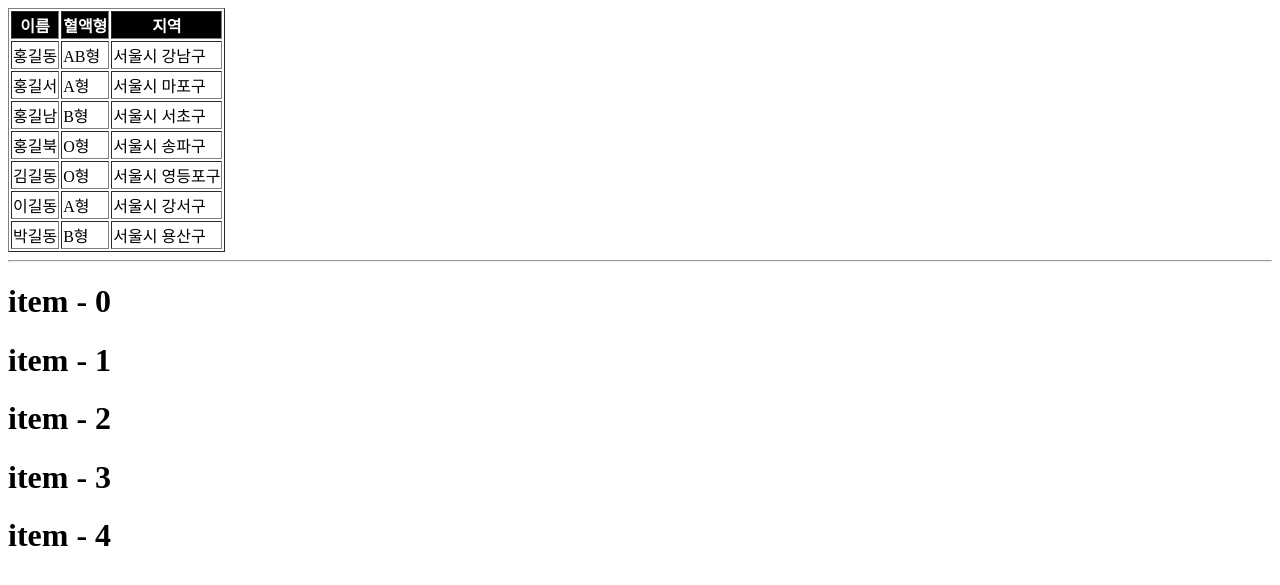
Repository: chlguswns1/web-practice
Page: jQuery/src/main/webapp/01_jQueryBasic.html
The author's editor kept a copy of each file at every save. The page is drawn from the files as they stood at one save, then again after a run of saves.
The browser window is 1280 px wide. The pictures show the whole page.

Above is the page before, as saved 2023-03-09 02:01:51.

### jQuery/src/main/webapp/01_jQueryBasic.html
<!-- jQuery 기본
	1. jQuery 개요
		- 모든 브라우저에서 동작하는 클라이언트 자바스크립트 라이브러리.
		- 다음의 기능을 위해 제작
			. DOM과 관련된 처리를 쉽게 구현
			. 일관된 이벤트 연결을 쉽게 구현
			. 시각적 효과를 쉽게 구현
			. ajax 애플리케이션을 쉽게 구현

		- http://jquery.com
		- jQuery 사용 방법
			1) 직접 다운받아 사용하는 방법.
			2) CDN 호스트 사용하는 방법.
				 . Content Delivery Network
				 . 사용자에게 간편하게 콘텐츠를 제공하는 방식을 의미.
				 . 구글, 마이크로소프트, jQuery측에서 사용자가 jQuery를 사용하기 편하게 콘텐츠를 제공.
-->

<!DOCTYPE html>
<html>
<head>
<meta charset="UTF-8">
<title>jQuery 태그 구조</title>

<!-- 9. jQuery를 사용한 배열 관리(2)를 위한 예제 -->
<style type="text/css">
	.high-light { background:yellow; }
	.high-light-0 { background:yellow; }
	.high-light-1 { background:orange; }
	.high-light-2 { background:blue; }
	.high-light-3 { background:green; }
	.high-light-4 { background:red; }
</style>

<!-- 방법1. 직접 다운로드 -->
<script src="./js/jquery-3.6.3.min.js"></script><!-- 이렇게 하는순간 이코드에 포함된거다 -->

<!-- 방법2.CDN 방식 -->
<script src="https://ajax.googleapis.com/ajax/libs/jquery/1.12.4/jquery.min.js"></script>

<script type="text/javascript">
/* 1. 라이브러리 포함 방법 : 2가지 방식 */
//- 방법1 방법2 참조

/* 2. jQuery를 사용한 웹 페이지 형식
//	-jQuery() //jQuery함수를 호출했을때 객체를 반환해준다
//	-$(document).ready(function(){});<-이거//바디영역을 전부읽어 갔을때 jQuery가 감시하고있다 읽어간순간
							      //입력으로 전달하는 함수를 실행함
//		.문서가 준비 완료되면매개변수로전달된 함수를 실행하라는 의미.
//		.$(function(){});//간단한 형식 정의 위와 같은 코드지만 융통성있는 코드로 짧게줄일수있다
	$(document).ready(function(){//onload와(차이점) 다르게 여러개 사용할 수 있다
		alert('First Ready');
	});

	$(document).ready(function(){
		alert('Second Ready');
	});

	$(document).ready(function(){
		alert('Thirth Ready');
	});
*/
/* 3. jQuery 기본 선택자
// - jQuery 메서드의 가장 기본적인 형태
//   . 문서 객체를 다룰 때 사용하는 형태
//   . jQuery에서 가장 많이 사용하는 형태

$(document).ready(function(){
// 1) 전체 선택자(*)
	//$('*').css('color','red');//전체선택자



// 2) 태그 선택자

	//한 개 태그 선택

	//h1을 선택.css()메소드정의
	//$('h1').css('color','orange');

	//두 개 이상의 태그 선택
	//$('h1, p').css('color','blue');

// 3) 아이디 선택자
	//$('#target').css('color','blue')

// 4) 클래스 선택자
	//$('.item').css('color','yellow');
	$('h1.item').css('color','yellow');//가독성있는 접근법 h1에있는 아이템들

	$('.item.select').css('color','green');//주의) 접근해 갈때는 빈스페이스가 생기지 않도록 주의.

});
*/

/* 4. jQuery 자식(손)선택자와 후손 선택자
	//$(document).ready(function(){}); ↓밑에처럼 줄일수 있다
	$(function(){

	// - 자식(손) 선택자 - 자식은 div가 사실상 지정된것이다
	$('body > *').css('color','red')//자식에있는 모든것을 선택하겠다

// - 후손 선택자 - 후손은 div를 포함안 안에있는 모든것들이 태그된것이다
	$('body *').css('color','blue')//후손선택자의 경우는 스페이스

	});
*/

/* 5. jQuery 속성 선택자
//- 기본 선택자 뒤에 붙여 사용.
//- 입력 양식과 관련된 태그를 선택할 때 많이 사용.

	$(function () {
		$('input[type = text]').val('hello jQuery');//처음화면이 보여질때 val()안에 텍스트가 보여짐
	})
  */

/* 6. jQuery 필터 선택자
// 1) 입력 양식 필터 선택자
// .input:button
// .input:checkbox
// .input:radio
// .input:file
// .input:image
// .input:password
// .input:text
// .input:submit
// .input:reset

// .요소:checked
// .요소:disabled
// .요소:enabled
// .요소:focus
// .요소:selected

	$(function () {
		setTimeout(function(){//항목을 선택하면 5초뒤에 선택되어진 항목을 alert창으로 출력
			var value = $('select > option:selected').val();
		alert(value);
		},5000);//한번만 이벤트함수 발생
	})
*/

// 2) 위치 필터 선택자
//   . 선택자를 사용해 문서 객체를 선택한 후에 다음과 같은 위치를 지정한다.
//    >> 요소:odd -> 홀수 번째에 위치한 문서 객체 선택.
//    >> 요소:even -> 짝수 번째에 위치한 문서 객체 선택.
//    >> 요소:first -> 첫번째에 위치한 문서 객체 선택.
//    >> 요소:last -> 마지막에 위치한 문서 객체 선택.

	/* $(function () {
		$('tr:odd').css('background','silver'); //0 부터 카운팅
		$('tr:even').css('background','#9F9F9F');
		$('tr:first').css('background','blue').css('color','#FFFFFF');
	}) */

// 3) 함수 필터 선택자
//   >> 요소:contains(문자열)
//       ->특정 문자열을 포함하는 문서 객체를 선택.
//   >> 요소:eq(n)
//       ->n번째에 위치하는 문서 객체를 선택.
//   >> 요소:gt(n)
//       ->n번째 초과하는 위치에 있는 문서 객체를 선택.
//   >> 요소:has(h1)
//       ->h1 태그를 가지고 있는 문서 객체를 선택.
//   >> 요소:lt(n)
//       ->n번째 미만에 위치하는 문서 객체를 선택.
//   >> 요소:not(선택자)
//       ->선택자와 일치하지 않는 문서 객체를 선택.
//   >> 요소:nth-child(3n+1)
//       -> 3n+1번째에 위치하는 문서 객체를 선택(인덱스 1부터 카운팅).

	$(function () {
		$('tr:eq(0)').css('background','black').css('color','white');
	})



/* 7. jQuery를 사용한 배열 관리(1) */
// - each() 메서드 사용
//    . 매개 변수로 입력한 함수 사용.
//    . for in 반복문처럼 객체나 배열의 요소 검사하는 메서드

// - each() 메서드의 형태


/* 8. jQuery를 사용한 배열 관리(2) */
// - 각 객체에 서로 다른 class 속성을 설정하고 싶을 때 each() 메서드 사용.


/* 9. jQuery를 사용한 객체 확장 */


/* 10. jQuery 라이브러리 충돌 방지 */
// - jQuery외 prototype 자바스크립트 라이브러리도 동일하게 $를
//    식별자로 사용.
// - 따라서 두 라이브러리를 함께 사용시 충돌 발생.


</script>
</head>
<body>
<!-- 3-1/3-2. 전체/태그 선택자
	<h1>Lorem ipsum</h1>
	<p>Lorem ipsum dolor sit amet.</p>
	<h1>Lorem ipsum</h1>
	<p>Lorem ipsum dolor sit amet.</p>
	<hr>
-->
<!-- 3-3. 아이디 선택자
	<h1>Header-0</h1>
    <h1 id="target">Header-1</h1>
    <h1>Header-2</h1>
    <hr>
-->

<!-- 3-4. 클래스 선택자
    <h1 class="item">Header-0</h1>
    <h1 class="item select">Header-1</h1>
    <h1 class="item">Header-2</h1>
    <hr>
 -->
<!-- 4. 자식(손) 선택자와 후손 선택자
	<div>
		<ul>
			<li>Apple</li>
			<li>Bag</li>
			<li>Cat</li>
			<li>Dog</li>
		</ul>
	</div>
    <hr>
-->
<!-- 5. 속성 선택자
    <input type="text"/></br>
    <input type="password"/></br>
    <input type="radio"/></br>
    <input type="checkbox"/></br>
    <input type="file"/></br>
    <hr>
 -->
<!-- 6-1. 입력 양식 필터 선택자
	<select>
		<option>Apple</option>
		<option>Bag</option>
		<option>Cat</option>
		<option>Dog</option>
	</select>
    <hr>
-->
<!-- 6-2/6-3. 필터선택자 -->
	<table border="1">
		<tr><th>이름</th><th>혈액형</th><th>지역</th></tr>
		<tr><td>홍길동</td><td>AB형</td><td>서울시 강남구</td></tr>
		<tr><td>홍길서</td><td>A형</td><td>서울시 마포구</td></tr>
		<tr><td>홍길남</td><td>B형</td><td>서울시 서초구</td></tr>
		<tr><td>홍길북</td><td>O형</td><td>서울시 송파구</td></tr>
		<tr><td>김길동</td><td>O형</td><td>서울시 영등포구</td></tr>
		<tr><td>이길동</td><td>A형</td><td>서울시 강서구</td></tr>
		<tr><td>박길동</td><td>B형</td><td>서울시 용산구</td></tr>
	</table>
	<hr>

<!-- 8. jQuery를 사용한 배열 관리(2) -->
	<h1>item - 0</h1>
	<h1>item - 1</h1>
	<h1>item - 2</h1>
	<h1>item - 3</h1>
	<h1>item - 4</h1>

</body>
</html>

Loaded but not shown: jQuery/src/main/webapp/js/jquery-3.6.3.min.js (library)

After the next 2 saves:
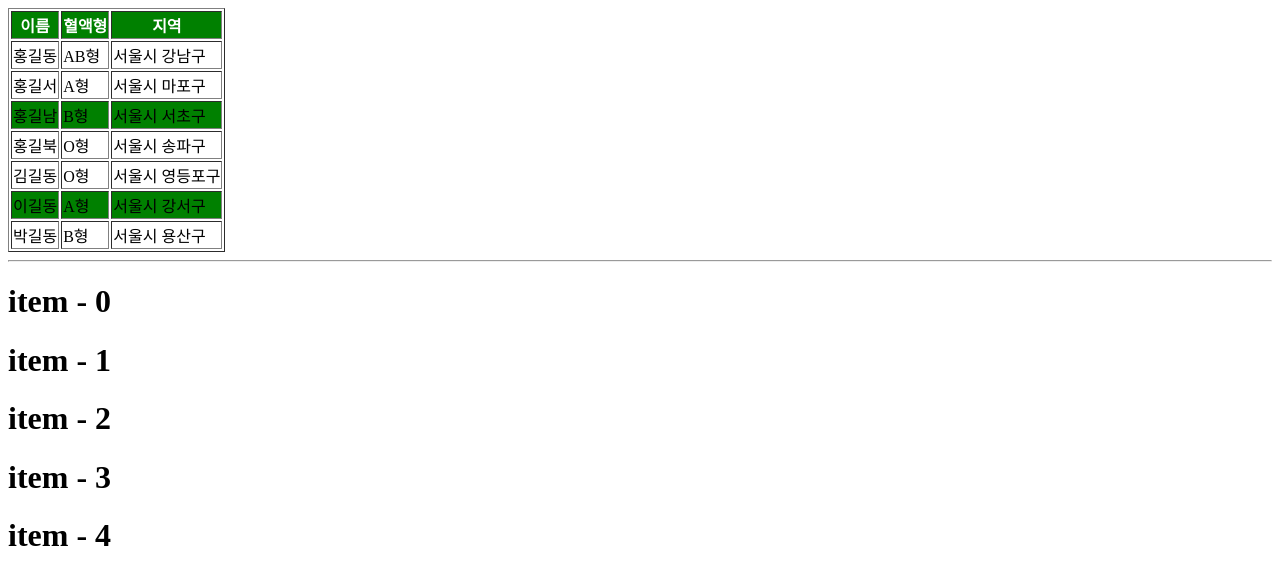
The 2 saves are shown as one change because they came seconds apart.
The last was saved 2 min 9 s later.
--- a/jQuery/src/main/webapp/01_jQueryBasic.html
+++ b/jQuery/src/main/webapp/01_jQueryBasic.html
@@ -167,11 +167,12 @@ $(document).ready(function(){
 //       ->n번째 미만에 위치하는 문서 객체를 선택.
 //   >> 요소:not(선택자)
 //       ->선택자와 일치하지 않는 문서 객체를 선택.
-//   >> 요소:nth-child(3n+1)
+//   >> 요소:nth-child
 //       -> 3n+1번째에 위치하는 문서 객체를 선택(인덱스 1부터 카운팅).
 
 	$(function () {
 		$('tr:eq(0)').css('background','black').css('color','white');
+		$('tr:nth-child(3n+1)').css('background','green');
 	})
 
 
